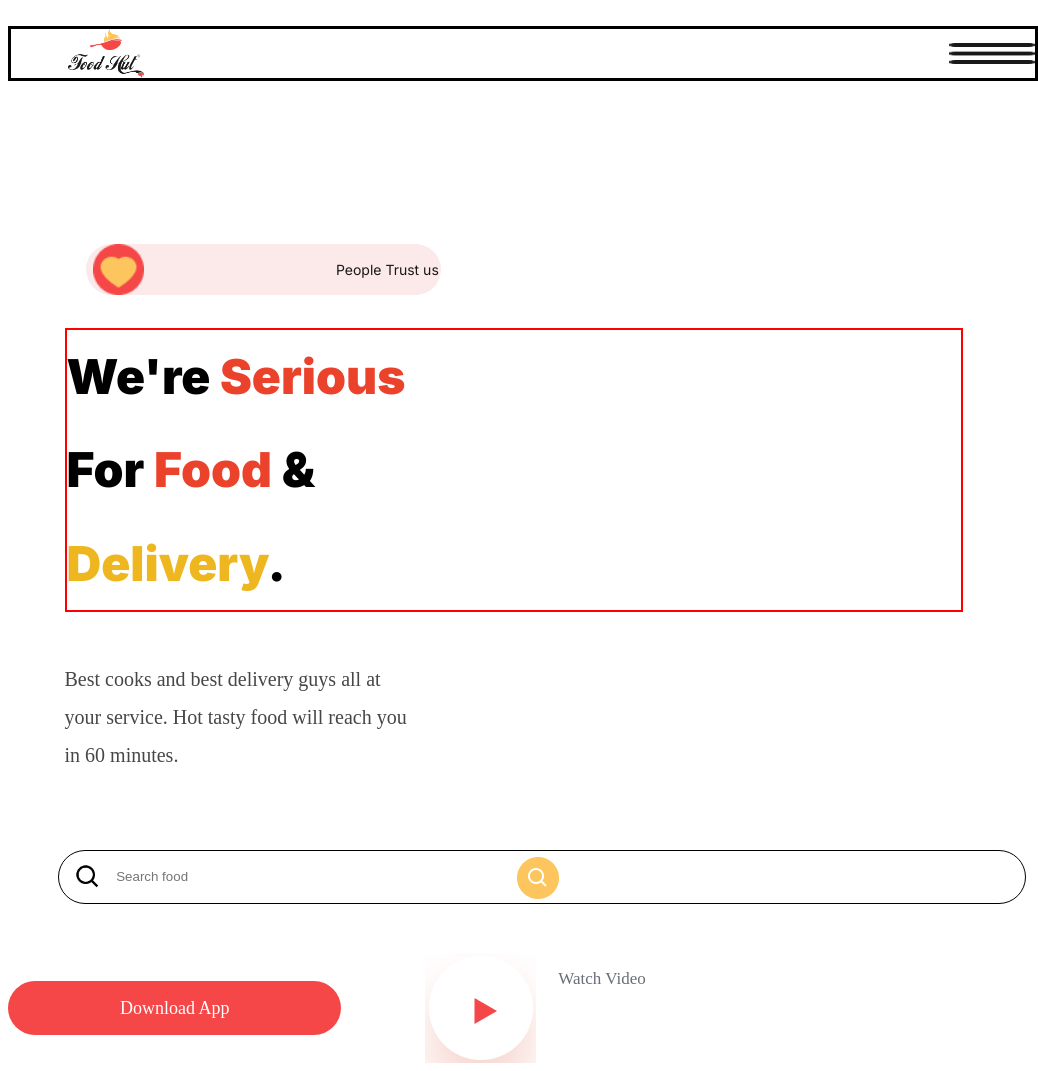
Repository: ReyhanehRahmani/Food-Hut
Page: FoodHut.html
These files come from the project's save history. The page is drawn as it stood at one moment and after the next save; the edit follows.
The browser window is 1024 px wide. The page is 1038 px wide, so the pictures cover 1038 px, including what lies to the right of the window. The pictures show the whole page.
Some web fonts or font styles are not loaded; a fallback is used.

Above is the page before, as saved 2025-05-28 23:47:31.

After the next save:
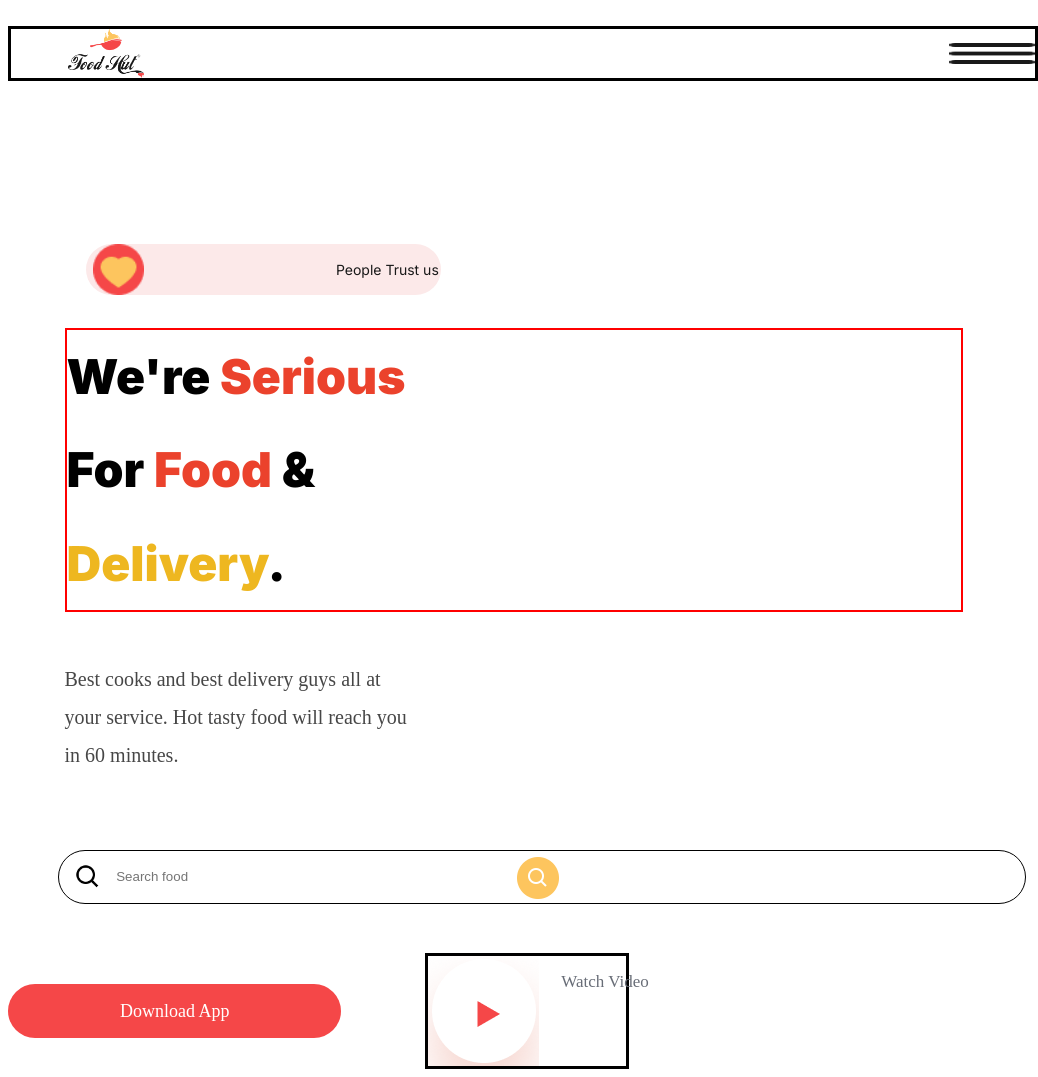
Saved 20 s later.
--- a/FoodHut.css
+++ b/FoodHut.css
@@ -198,6 +198,7 @@ body {
     height: 100%;
     justify-content: space-between;
     gap: 11.475409836%;
+    border: solid;
 }
 
 #Watch{
